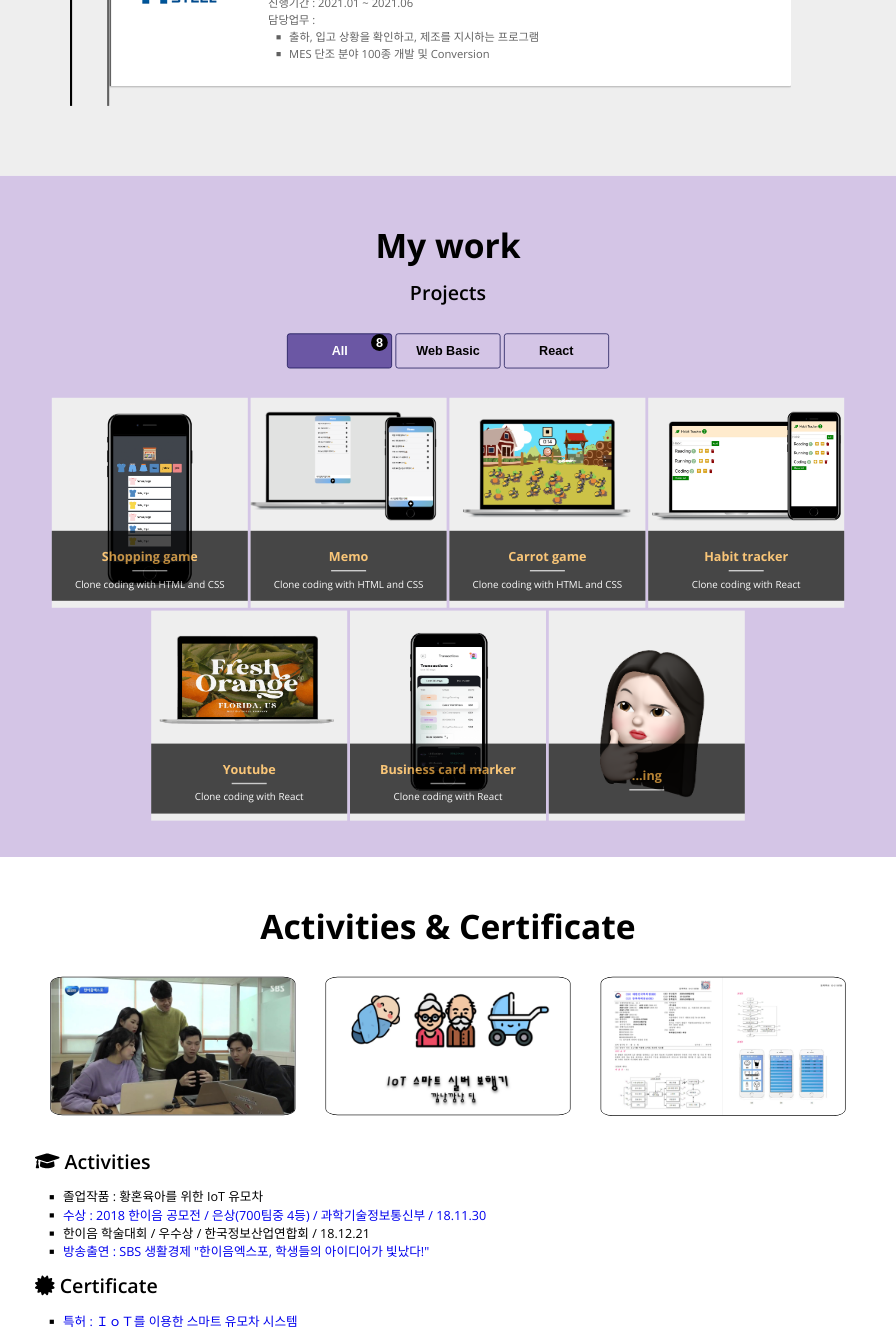
Repository: salangdung-i/portfolio
Page: index.html
The author's editor kept a copy of each file at every save. The page is drawn from the files as they stood at one save, then again after the next save.
The browser window is 1280 px wide. The pictures show the part of the page from y = 3195 to 5115 px (the page is 5627 px tall), at 70% of full size.
Some web fonts or font styles are not loaded; a fallback is used. Some web libraries are served in a nearby version.

Above is the page before, as saved 2021-12-28 13:32:30.

After the next save:
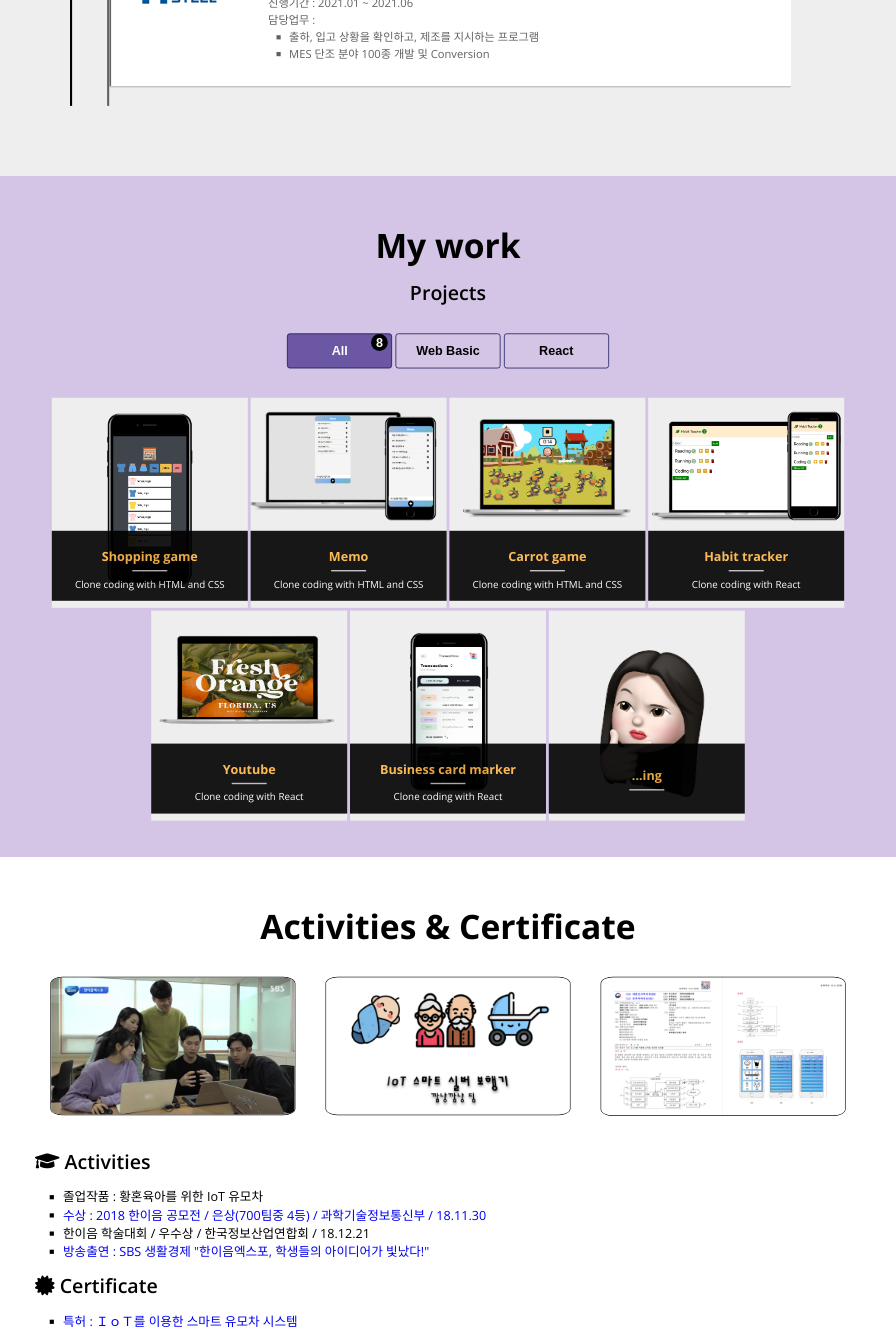
Saved 31 s later.
--- a/style.css
+++ b/style.css
@@ -488,7 +488,7 @@
   position: absolute;
   top: 180px;
   left: 0;
-  opacity: 0.7;
+  opacity: 0.9;
   transform: translateY(10px);
   transition: all var(--animation-duration) ease-in;
 }
